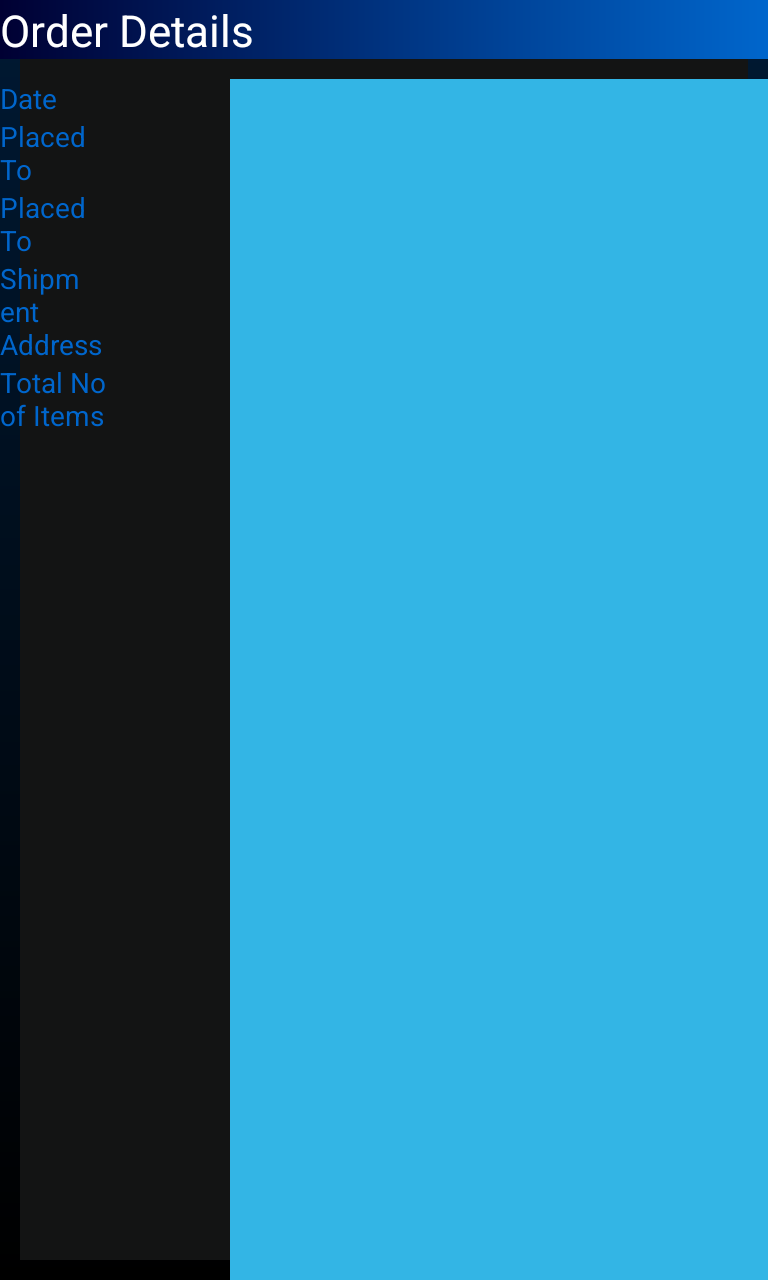
Repository: jasleen1291/B2BMobileApplication
Layout: Mobile E Commerce/B2B/res/layout/fragment_view_order.xml
These files come from the project's save history. The layout is drawn as it stood at one moment and after the next save; the edit follows.
It is drawn on a 768 x 1280 px phone screen (xhdpi) without system bars, with theme mycustomtheme; the app's code is not run. Lists and similar views that code fills are empty.

Above is the layout before, as saved 2013-05-25 23:25:18.

### Mobile E Commerce/B2B/res/layout/fragment_view_order.xml
<FrameLayout xmlns:android="http://schemas.android.com/apk/res/android"
    xmlns:tools="http://schemas.android.com/tools"
    android:layout_width="match_parent"
    android:layout_height="match_parent"
    tools:context=".ViewOrder" >

    <!-- TODO: Update blank fragment layout -->

    <LinearLayout
        android:layout_width="match_parent"
        android:layout_height="match_parent"
        android:orientation="vertical"
        android:visibility="gone" >

        <TextView
            style="@style/titlebarstyle"
            android:text="@string/vieworderlist" />

        <ListView
            android:id="@+id/listView1"
            android:layout_width="match_parent"
            android:layout_height="wrap_content" >
        </ListView>
    </LinearLayout>

    <LinearLayout
        android:layout_width="match_parent"
        android:layout_height="match_parent"
        android:orientation="vertical" >

        <TextView
            android:id="@+id/textView1"
            style="@style/titlebarstyle"
            android:text="@string/order_details"
            android:textAppearance="?android:attr/textAppearanceLarge" />

        <LinearLayout
            android:layout_width="match_parent"
            android:layout_height="match_parent"
            android:baselineAligned="false"
            >



            <LinearLayout
                android:layout_width="0dp"
                android:layout_height="match_parent"
                android:layout_weight="3"
                android:orientation="vertical" >

                <LinearLayout
                    android:layout_width="wrap_content"
                    android:layout_height="wrap_content" >

                    <TextView

                        android:layout_width="0dp"
                        android:layout_height="wrap_content"
                        android:layout_weight="1"
                        android:text="@string/date"
                        android:textAppearance="?android:attr/textAppearanceSmall" />

                    <TextView
                        android:id="@+id/date"
                        android:layout_width="0dp"
                        android:layout_height="wrap_content"
                        android:layout_weight="1"
                        android:textAppearance="?android:attr/textAppearanceSmall"
                        android:textIsSelectable="false" />
                </LinearLayout>

                <LinearLayout
                    android:layout_width="match_parent"
                    android:layout_height="wrap_content" >

                    <TextView
                        android:id="@+id/textView3"
                        android:layout_width="0dp"
                        android:layout_height="wrap_content"
                        android:layout_weight="1"
                        android:text="@string/placed_by"
                        android:textAppearance="?android:attr/textAppearanceSmall" />

                    <TextView
                        android:id="@+id/placed_by"
                        android:layout_width="0dp"
                        android:layout_height="wrap_content"
                        android:layout_weight="1"
                        android:textAppearance="?android:attr/textAppearanceSmall"
                        android:textIsSelectable="false" />
                </LinearLayout>

                <LinearLayout
                    android:layout_width="match_parent"
                    android:layout_height="wrap_content" >

                    <TextView
                        android:id="@+id/textView2"
                        android:layout_width="0dp"
                        android:layout_height="wrap_content"
                        android:layout_weight="1"
                        android:text="@string/placed_to"
                        android:textAppearance="?android:attr/textAppearanceSmall" />

                    <TextView
                        android:id="@+id/placed_to"
                        android:layout_width="0dp"
                        android:layout_height="wrap_content"
                        android:layout_weight="1"
                        android:textAppearance="?android:attr/textAppearanceSmall"
                        android:textIsSelectable="false" />
                </LinearLayout>

                <LinearLayout
                    android:layout_width="match_parent"
                    android:layout_height="wrap_content" >

                    <TextView
                        android:id="@+id/textView4"
                        android:layout_width="0dp"
                        android:layout_height="wrap_content"
                        android:layout_weight="1"
                        android:text="@string/shipment_address"
                        android:textAppearance="?android:attr/textAppearanceSmall" />

                    <TextView
                        android:id="@+id/shipment_address"
                        android:layout_width="0dp"
                        android:layout_height="wrap_content"
                        android:layout_weight="1"
                        android:textAppearance="?android:attr/textAppearanceSmall"
                        android:textIsSelectable="false" />
                </LinearLayout>

                <LinearLayout
                    android:layout_width="match_parent"
                    android:layout_height="wrap_content" >

                    <TextView
                        android:id="@+id/textView5"
                        android:layout_width="0dp"
                        android:layout_height="wrap_content"
                        android:layout_weight="1"
                        android:text="@string/totalitems"
                        android:textAppearance="?android:attr/textAppearanceSmall" />

                    <TextView
                        android:id="@+id/totalitems"
                        android:layout_width="0dp"
                        android:layout_height="wrap_content"
                        android:layout_weight="1"
                        android:textAppearance="?android:attr/textAppearanceSmall"
                        android:textIsSelectable="false" />
                </LinearLayout>
            </LinearLayout>
             <RelativeLayout
                android:layout_width="0dp"
                android:layout_height="match_parent"
                android:layout_weight="7"
                android:background="@android:color/holo_blue_light"
                android:orientation="vertical" >


            </RelativeLayout>
        </LinearLayout>
    </LinearLayout>

</FrameLayout>

### Mobile E Commerce/B2B/res/values/mycustomtheme.xml
<?xml version="1.0" encoding="utf-8"?>
<resources xmlns:android="http://schemas.android.com/apk/res/android">
    <style name="mycustomtheme" parent="@android:style/Theme.NoTitleBar.Fullscreen">
        <item name="android:windowBackground">@drawable/mybg</item>
       	<item name="android:textColor">#0066cc</item>
       	<item name="android:textColorHint">#51BFE2</item>
    </style>

</resources>

### Mobile E Commerce/B2B/res/drawable/mybg.xml
<?xml version="1.0" encoding="utf-8"?>
<layer-list  xmlns:android="http://schemas.android.com/apk/res/android">
    <item>
<shape android:shape="rectangle">



        <gradient android:startColor="#001933"  android:endColor="#000" android:angle="270"/>


</shape>
</item>
<item android:left="10dp" android:top="10dp" android:right="10dp" android:bottom="10dp">

<shape android:shape="rectangle">



        <solid android:color="#131414"></solid>


</shape>
</item>
</layer-list>

### Mobile E Commerce/B2B/res/values/styles.xml
<?xml version="1.0" encoding="utf-8"?>
<resources xmlns:android="http://schemas.android.com/apk/res/android">

    <!--
        Base application theme, dependent on API level. This theme is replaced
        by AppBaseTheme from res/values-vXX/styles.xml on newer devices.

    -->
    <style name="AppBaseTheme" parent="android:Theme.Light">
        <!--
            Theme customizations available in newer API levels can go in
            res/values-vXX/styles.xml, while customizations related to
            backward-compatibility can go here.

        -->
    </style>

    <!-- Application theme. -->
    <style name="AppTheme" parent="AppBaseTheme">
        <!-- All customizations that are NOT specific to a particular API-level can go here. -->
    </style>

    <style name="LoginFormContainer">
        <item name="android:layout_width">match_parent</item>
        <item name="android:layout_height">wrap_content</item>
        <item name="android:padding">16dp</item>
    </style>
    <style name="TextViewStyle">
        <item name="android:layout_width">wrap_content</item>
        <item name="android:layout_height">wrap_content</item>
        <item name="android:gravity">right</item>
        <item name="android:textSize">14sp</item>
        <item name="android:textColor">#0066cc</item>
        <item name="android:layout_margin">5dp</item>
    </style>
	<style name="EditTextStyle">
        <item name="android:layout_width">match_parent</item>
        <item name="android:layout_height">wrap_content</item>
        <item name="android:textSize">16sp</item>
        <item name="android:textColor">#0066cc</item>

        <item name="android:layout_marginLeft">16dp</item>
        <item name="android:layout_marginRight">16dp</item>
        <item name="android:layout_marginTop">5dp</item>
        <item name="android:background">@drawable/textview_border</item>
    </style>
	<style name="SpinnerStyle">
        <item name="android:layout_width">match_parent</item>
        <item name="android:layout_height">wrap_content</item>
        <item name="android:textSize">16sp</item>
        <item name="android:textColor">#0066cc</item>

        <item name="android:layout_marginLeft">16dp</item>
        <item name="android:layout_marginRight">16dp</item>
        <item name="android:layout_marginTop">5dp</item>

    </style>
	<style name="titlebarstyle">
	    <item name="android:layout_marginBottom">10dp</item>
        <item name="android:layout_width">match_parent</item>
        <item name="android:layout_height">wrap_content</item>
        <item name="android:background">@drawable/titlebar</item>
        <item name="android:textColor">@android:color/white</item>
        <item name="android:textAppearance">?android:attr/textAppearanceLarge</item>
	</style>
	<style name="titlebarstylesmall">


        <item name="android:textColor">@android:color/white</item>

	</style>
</resources>

### Mobile E Commerce/B2B/res/values/strings.xml
<?xml version="1.0" encoding="utf-8"?>
<resources>

    <string name="app_name">B2B</string>
    <string name="action_settings">Settings</string>
    <string name="hello_world">Hello world!</string>
    <string name="Loading">Loading&#8230;&#8230;&#8230;</string>
    <string name="title_activity_sign_up">Sign Up</string>

    <string-array name="signUpAsArray">
        <item>Customer</item>
        <item>Retailer</item>
        <item>Supplier</item>
    </string-array>

    <string name="title_activity_registeration">RegisterationActivity</string>
    <string name="title_activity_customer_area">CustomerArea</string>
    <string name="welcome">Welcome</string>
    <string name="title_activity_admin_area">Admin_area</string>
    <string name="general_complaint_fragment">General Complaint</string>
    <string name="hello_blank_fragment">Hello blank fragment</string>
    <string name="general_complaint">General Complaint</string>
    <string name="respond">Respond</string>
    <string name="submit">Submit</string>
    <string name="addcategory">Parent Category</string>
    <string name="categoryhint">Category</string>
    <string name="AddParentCategory">Add super category</string>
    <string name="complaintAbout">Complaint About</string>
    <string name="complainFrom">Complaint From</string>
    <string name="itemComplaint">Complaints about Items</string>
    <string name="shopComplaint">Complaint about shop</string>
    <string name="generalNotification">General Notification</string>
    <string name="urgentNotification">Urgent Notification</string>
    <string name="title">Title</string>
    <string name="message">Message</string>
    <string name="markAll">Mark all</string>
    <string name="advertisementPricing">Advertisement Pricing</string>
    <string name="desc">Description</string>
    <string name="days">No of days</string>
    <string name="cost">Cost</string>
    <string name="size">Size of advertisement</string>
    <string name="type">Type</string>
    <string name="fine">Fine</string>
    <string name="pickCategory">Pick a Category</string>

    <string-array name="typeArray">
        <item>Retailer</item>
        <item>Supplier</item>
    </string-array>

    <string name="update">Update</string>
    <string name="delete">Delete</string>
    <string name="view_advertisement">View Advertisements</string>
    <string name="noofcategories">No of Categories</string>
    <string name="shoppricing">Shop Pricing</string>
    <string name="view_fine_pricing">View Fine Pricing</string>
    <string name="shop_pricing">Shop Pricing</string>
    <string name="subCategory">Add Sub Category</string>
    <string name="addshop">Add Shop</string>
    <string name="title_activity_pay_fine">Pay Fine</string>
    <string name="finetitle">Your account has been suspended by the admin. Pay fine to continue using this applciation.</string>
    <string name="fineabc">Your payment has been received. Your account will now be restored. Please wait few minutes</string>
    <string name="title_activity_retailer_area">Retailer_area</string>
    <string name="title_activity_first_time_login">FirstTimeLogin</string>
    <string name="EditMyCategories">Edit My Categories</string>
    <string name="addnewitem">Add New Item</string>
    <string name="itemname">Item Name</string>
    <string name="longdescription">Long Description</string>
    <string name="qtyperunit">Qty Per unit</string>
    <string name="unit_of_measurement">Unit of Measurement</string>
    <string name="shopName">Shop Name</string>
    <string name="description">Description</string>
    <string name="categoriesAllowed">No of categories allowed</string>
    <string name="itemsSelling">No of Items Selling</string>
    <string name="itemsAvailable">No of Items not Selling</string>
    <string name="expirydate">Expiry Date</string>
    <string name="paymentEmail">Payment Email</string>
    <string name="selectcategory">Select a Category</string>
    <string name="clicktochange">Click On Image To Change It</string>
    <string name="cp">C.P.</string>
    <string name="sp">S.P.</string>
    <string name="minorder">Min order</string>
    <string name="discount">Discount</string>
    <string name="qtyonorder">Qty. On Order</string>
    <string name="qtyonhand">Qty. On Hand</string>
    <string name="qty">Qty.</string>
    <string name="viewdetails">View Details</string>
    <string name="note">Long Click on Image to view expanded image</string>
    <string name="chngImg">Change Image</string>
    <string name="addWarehouse">Add Warehouse</string>
    <string name="name">Name</string>
    <string name="cancel">Cancel</string>
    <string name="itemavailabilty">Item Availabilty</string>
    <string name="batchDiscounts">Batch Discounts</string>
    <string name="clicktoupdate">Click to Update</string>
    <string name="add">Add</string>
    <string name="place_order">Place Order</string>
    <string name="Method">Method</string>
    <string name="warehouse">Warehouse</string>
    <string-array name="ordervia">
        <item >Email</item>
        <item >Phone</item>
    </string-array>
        <string name="total">Total</string>
        <string name="zero">0</string>
        <string name="totalitems">Total No of Items</string>
        <string name="date">Date</string>
        <string name="placed_by">Placed To</string>
        <string name="placed_to">Placed To</string>
        <string name="shipment_address">Shipment Address</string>
        <string name="vieworderlist">View Orders List</string>
        <string name="order_details">Order Details</string>

</resources>

### Mobile E Commerce/B2B/res/drawable/titlebar.xml
<?xml version="1.0" encoding="utf-8"?>
<shape xmlns:android="http://schemas.android.com/apk/res/android" android:shape="rectangle">
    <gradient  android:endColor="#0066CC" android:startColor="#000033"/>

</shape>

After the next save:
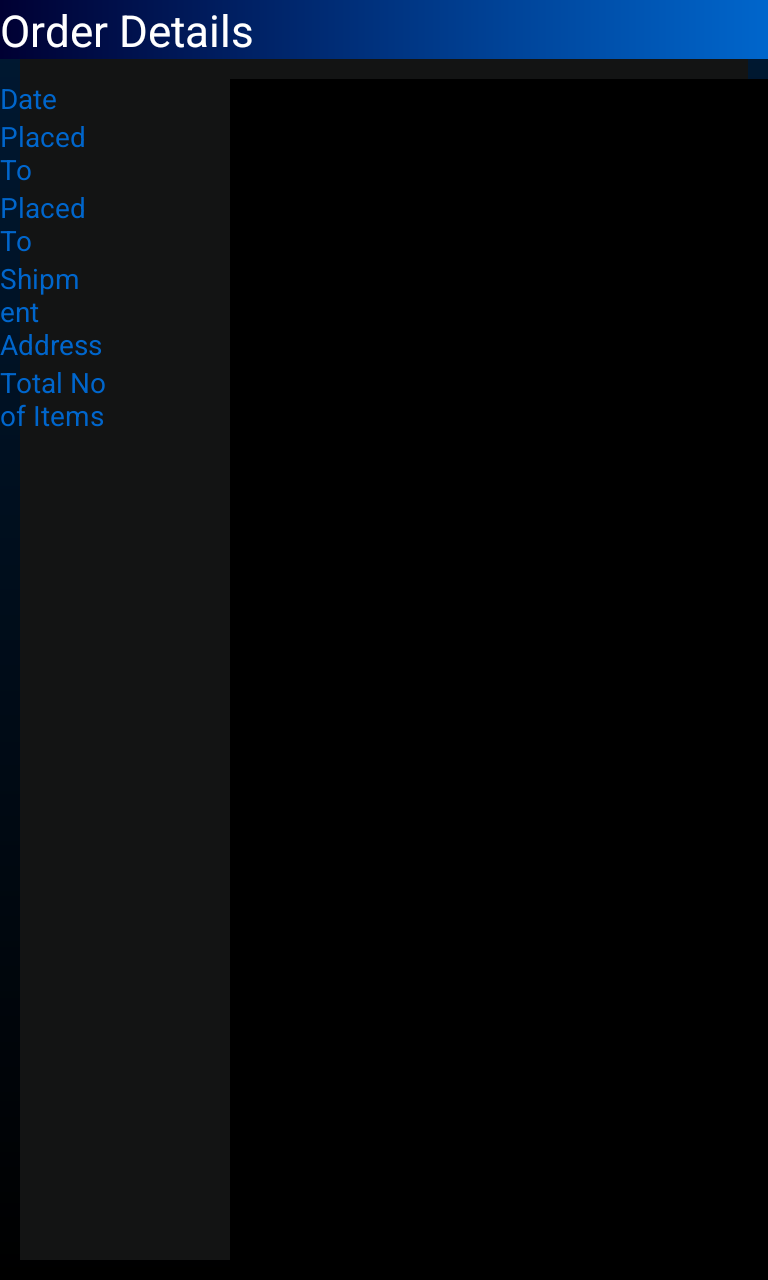
Saved 19 s later.
--- a/Mobile E Commerce/B2B/res/layout/fragment_view_order.xml
+++ b/Mobile E Commerce/B2B/res/layout/fragment_view_order.xml
@@ -157,7 +157,7 @@
                 android:layout_width="0dp"
                 android:layout_height="match_parent"
                 android:layout_weight="7"
-                android:background="@android:color/holo_blue_light"
+                android:background="@android:color/black"
                 android:orientation="vertical" >
 
 
